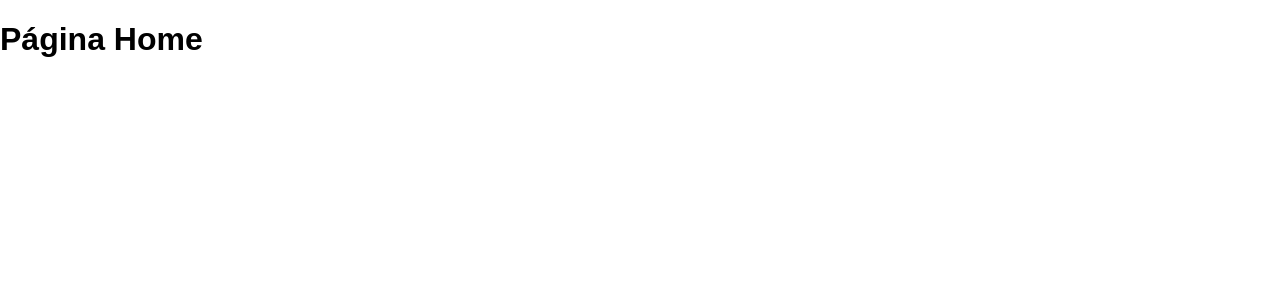
Repository: joaoaspimienta/Projeto-Filmaria
Page: /
These files come from the project's save history. The page is drawn as it stood at one moment and after the next save; the edit follows.
The browser window is 1280 px wide. The pictures show the whole page.
The project was rebuilt for these pictures with package versions that can differ from the ones it lists, and the page was loaded fresh each time.

Above is the page before, as saved 2022-02-28 18:05:37.

### src/App.js
//https://sujeitoprogramador.com/r-api/?api=filmes/

import './styles.css'
import Routes from './routes'

export default function App() {
  return (
    <div className='App'>
      <Routes/>
    </div>
  );
}

### src/styles.css
body {
  margin: 0;
  padding: 0;
  box-sizing: border-box;
  font-family: sans-serif;
}

.app {
  display: flex;
  width: 100%;
  justify-content: center;
  align-items: center;
}

### src/routes.js
import { BrowserRouter, Switch, Route } from "react-router-dom"

import Home from "./pages/Home"

const Routes = () => {
  return(
    <BrowserRouter>
      <Switch>
        <Route exact path="/" component={Home} />
      </Switch>
    </BrowserRouter>
  )
}

export default Routes;

### src/pages/Home/index.js
//https://sujeitoprogramador.com/r-api/?api=filmes/

import './styles.css'

export default function Home() {
  return (
    <div>
      <h1>Página Home</h1>
    </div>
  );
}

Loaded but not shown: public/index.html (common file); src/index.js (common file); src/pages/Home/styles.css (no stored copy; drawn as an empty file)

After the next save:
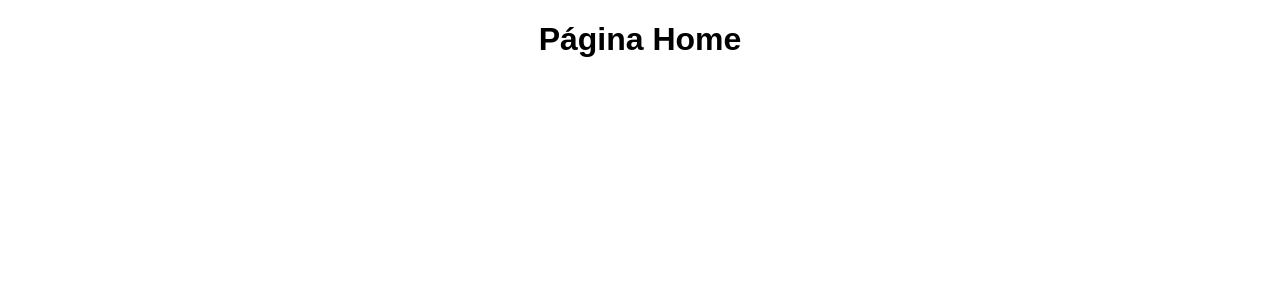
Saved 4 s later.
--- a/src/App.js
+++ b/src/App.js
@@ -5,7 +5,7 @@ import Routes from './routes'
 
 export default function App() {
   return (
-    <div className='App'>
+    <div className='app'>
       <Routes/>
     </div>
   );
